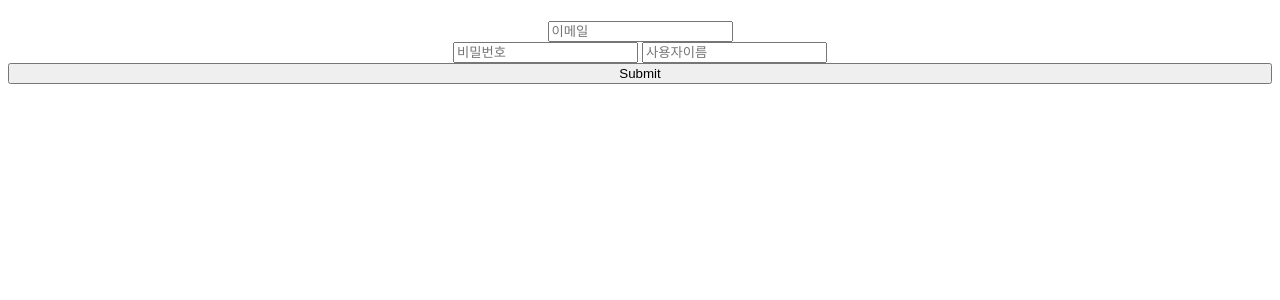
Repository: trapezer84/JSP
Page: http://localhost/AEB_JavaProgramming/
An editor plug-in stored every save of this project. The page is shown before and after the next save, followed by the edit.
The browser window is 1280 px wide. The pictures show the whole page.
The page is served by Tomcat 9. Other server files are loaded and not shown.

Above is the page before, as saved 2016-02-05 07:59:05.

### AEB_JavaProgramming/WebContent/index.jsp
<%@ page language="java" contentType="text/html; charset=UTF-8"
    pageEncoding="UTF-8"%>
<!DOCTYPE html>
<html>
<head>
<meta http-equiv="Content-Type" content="text/html; charset=UTF-8">
<title>Insert title here</title>
<style>
.joinformat {
	display : blcok;
}
</style>

</head>
<body>

<div>
	<h1> </h1>
</div>

<div align="center">
	<form method="post" id="jointhisblog">
	<div class="">
		 <input type="email" placeholder="이메일" style="display:block"/>
		 <input type="password" placeholder="비밀번호"/>
		 <input type="text" placeholder="사용자이름"/>
	</div>
		 <input type="submit" placeholder="가입" style="width:100%"/>
	</form>
</div>



</body>
</html>

After the next save:
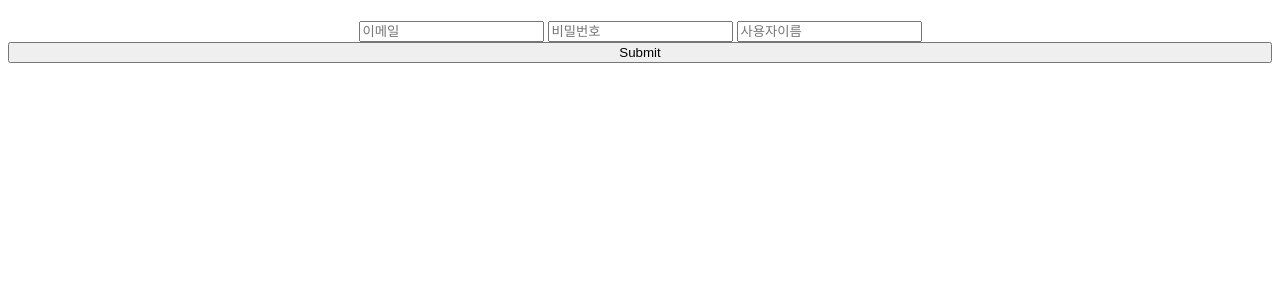
Saved 4 s later.
--- a/AEB_JavaProgramming/WebContent/index.jsp
+++ b/AEB_JavaProgramming/WebContent/index.jsp
@@ -21,7 +21,7 @@
 <div align="center">
 	<form method="post" id="jointhisblog">
 	<div class="">
-		 <input type="email" placeholder="이메일" style="display:block"/>
+		 <input type="email" placeholder="이메일" />
 		 <input type="password" placeholder="비밀번호"/>
 		 <input type="text" placeholder="사용자이름"/>
 	</div>

After the save that followed:
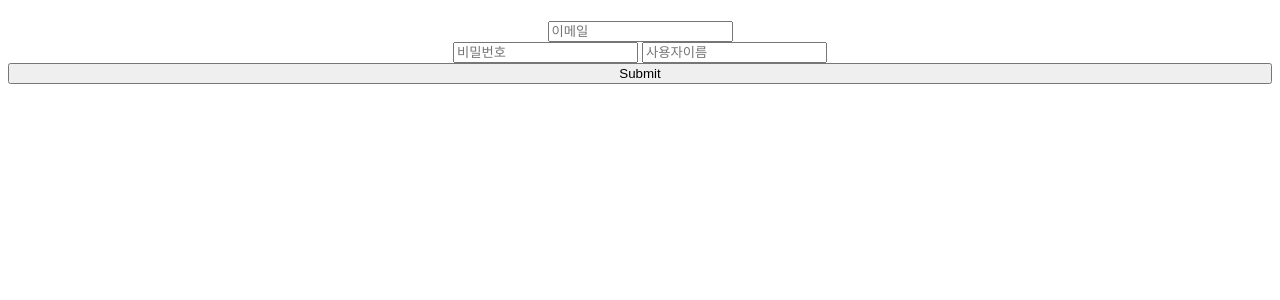
Saved 23 s later.
--- a/AEB_JavaProgramming/WebContent/index.jsp
+++ b/AEB_JavaProgramming/WebContent/index.jsp
@@ -21,7 +21,7 @@
 <div align="center">
 	<form method="post" id="jointhisblog">
 	<div class="">
-		 <input type="email" placeholder="이메일" />
+		 <input type="email" placeholder="이메일" style="display:block"/>
 		 <input type="password" placeholder="비밀번호"/>
 		 <input type="text" placeholder="사용자이름"/>
 	</div>
